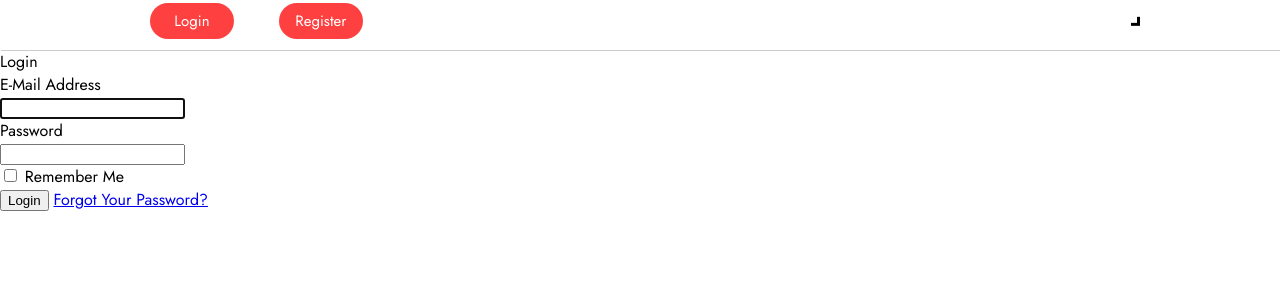
Repository: PatryxB/bikeService
Page: http://localhost/login
An editor plug-in stored every save of this project. The page is shown before and after the next save, followed by the edit.
The browser window is 1280 px wide. The pictures show the whole page.
The page is served by the project's Laravel application, run on PHP 8.4 with Laravel 8. Other server files are loaded and not shown. Style sheets and scripts are compiled from the project's sources, by tool versions that may differ from the author's.

Above is the page before, as saved 2020-05-14 10:35:29.

### resources/views/layouts/app.blade.php
<!doctype html>
<html lang="{{ str_replace('_', '-', app()->getLocale()) }}">
<head>
    <meta charset="utf-8">
    <meta name="viewport" content="width=device-width, initial-scale=1">

    <!-- CSRF Token -->
    <meta name="csrf-token" content="{{ csrf_token() }}">

    <title>{{ config('app.name', 'Laravel') }}</title>

    <!-- Scripts -->
    <script src="{{ asset('js/app.js') }}" defer></script>

    <!-- Fonts -->
    <link rel="dns-prefetch" href="//fonts.gstatic.com">
    <link href="https://fonts.googleapis.com/css?family=Nunito" rel="stylesheet">

    <!-- Styles -->
    <link href="{{ asset('css/app.css') }}" rel="stylesheet">
</head>
<body>
    <div id="app">
        <nav>
            @if (Route::has('login'))
                @auth
                    <a href="{{ url('/home') }}">Home</a>
                @else
                    <a href="{{ route('login') }}" role="button">Login</a>

                    @if (Route::has('register'))
                        <a href="{{ route('register') }}" role="button" style="margin-left:40px">Register</a>
                    @endif
                @endauth
            @endif
            <a role="button" class="arrow down"></a>
        </nav>
        <main>
            @yield('content')
        </main>
    </div>
</body>
</html>

### resources/sass/app.scss
@import url('https://fonts.googleapis.com/css2?family=Jost&display=swap');
html, body{
    box-sizing: border-box;
    margin: 0;
    padding: 0;
    font-family: 'Jost', sans-serif;
}
.logo img{
    position: absolute !important;
    top: 5% !important;
    right: 5% !important;
    width: 100px !important;
    height: 50px !important;
    opacity: .3;
}
.banner img{
    width: 100%;
    height: 92vh;
    position: relative;
    filter: brightness(90%);
}
.banner-text{
    position: absolute;
    left: 35px;
    bottom: 30%;
    color: white;
    font-size: 50px;
}
h1{
    margin: 20px;
}
nav{
    width: 100%;
    height: 7vh;
    box-shadow: 1px 1px rgb(204, 204, 204);
}
nav a:nth-child(1), nav a:nth-child(2){
    margin-top: 3px;
    text-decoration: none;
    display: inline-block;
    margin-left: 150px;
    border-radius: 25px;
    background-color: rgb(255, 64, 64);
    color: white;
    font-size: 15px;
    padding: 7px;
    width: 70px;
    text-align: center;
}
.arrow{
    border: solid black;
    border-width: 0 3px 3px 0;
    display: inline-block;
    padding: 3px;
    animation: move 2s ease-out infinite;
}
.down{
    transform: rotate(45deg);
    -webkit-transform: rotate(45deg);
    float: right;
    margin-right: 140px;
    margin-top: 10px;
}
@keyframes move{
    from {transform: translateY(0);}
    to {transform: translateY(10px);}
}
.photos{
    margin-top: 80px;
}

Loaded but not shown: routes/web.php (common file); app/Http/Controllers/Auth/LoginController.php (common file); app/Http/Controllers/Controller.php (common file); app/Http/Controllers/Auth/ConfirmPasswordController.php (common file); resources/views/auth/login.blade.php (common file)

After the next save:
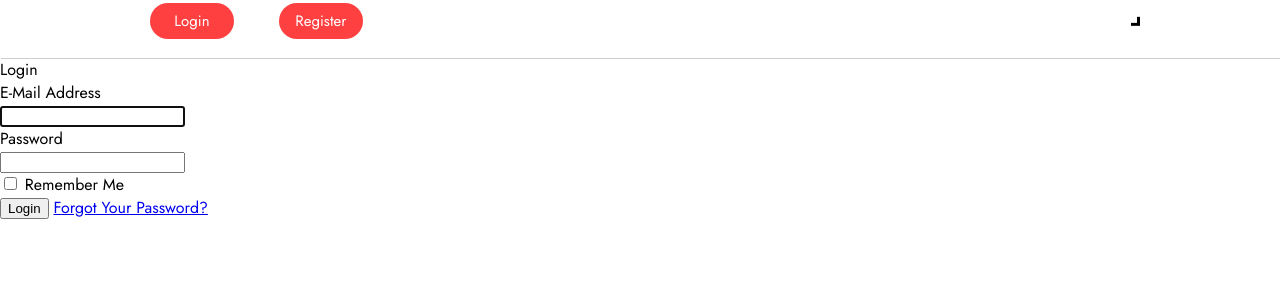
Saved 25 s later.
--- a/resources/sass/app.scss
+++ b/resources/sass/app.scss
@@ -31,7 +31,7 @@ h1{
 }
 nav{
     width: 100%;
-    height: 7vh;
+    height: 8vh;
     box-shadow: 1px 1px rgb(204, 204, 204);
 }
 nav a:nth-child(1), nav a:nth-child(2){
